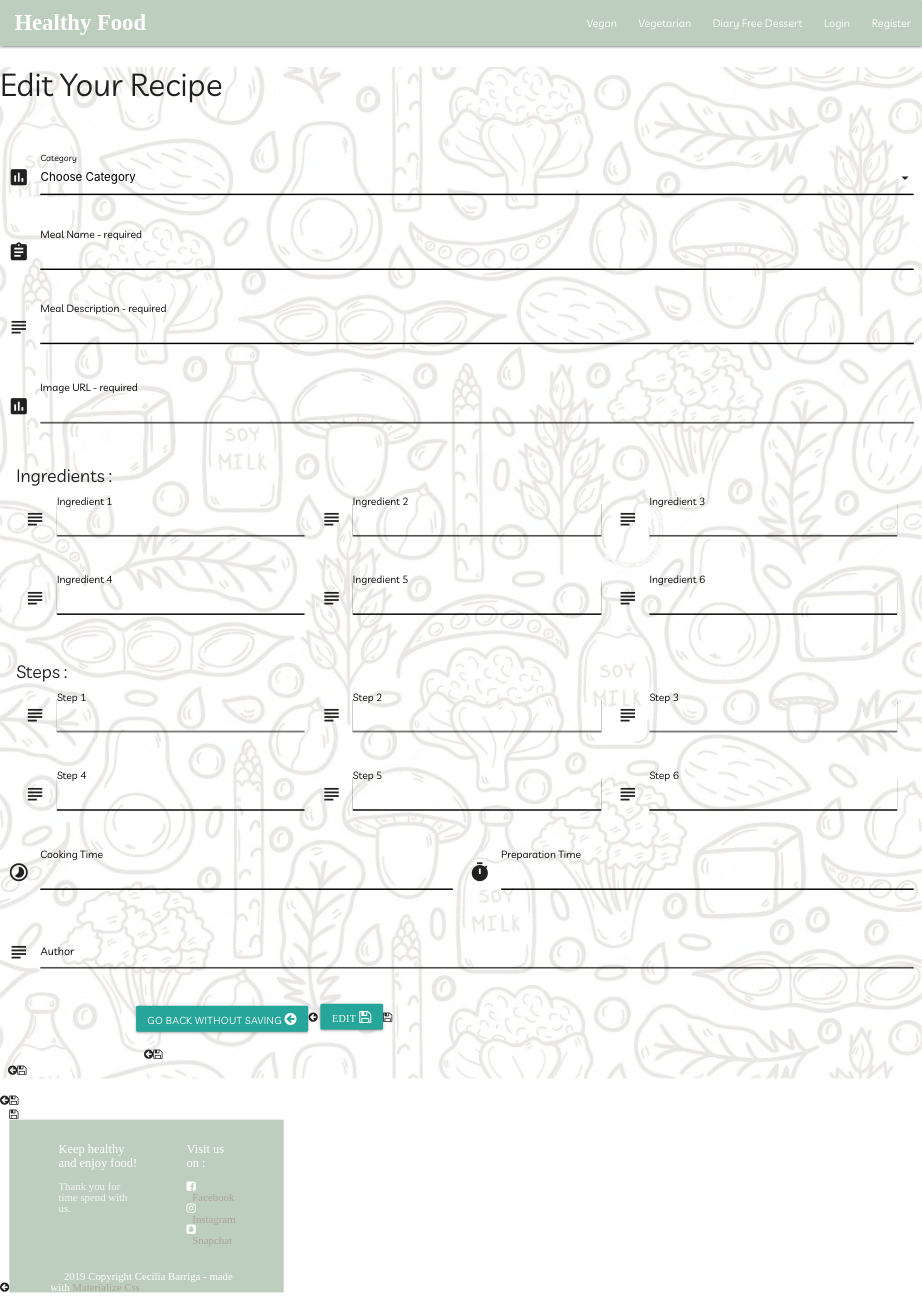
Repository: cesole/cookbook
Page: templates/edit_recipe.html
The author's editor kept a record of every edit. The page is drawn from the files as they stood at one moment, then again after the next edit.
The browser window is 1280 px wide. The pictures show the whole page, at 72% of full size.
Some web fonts or font styles are not loaded; a fallback is used. The page is served by the project's application, run on Flask 3 (app.py). The template is opened directly, without the code that normally fills it, so the values that code supplies are empty.

Above is the page before.

After the next edit:
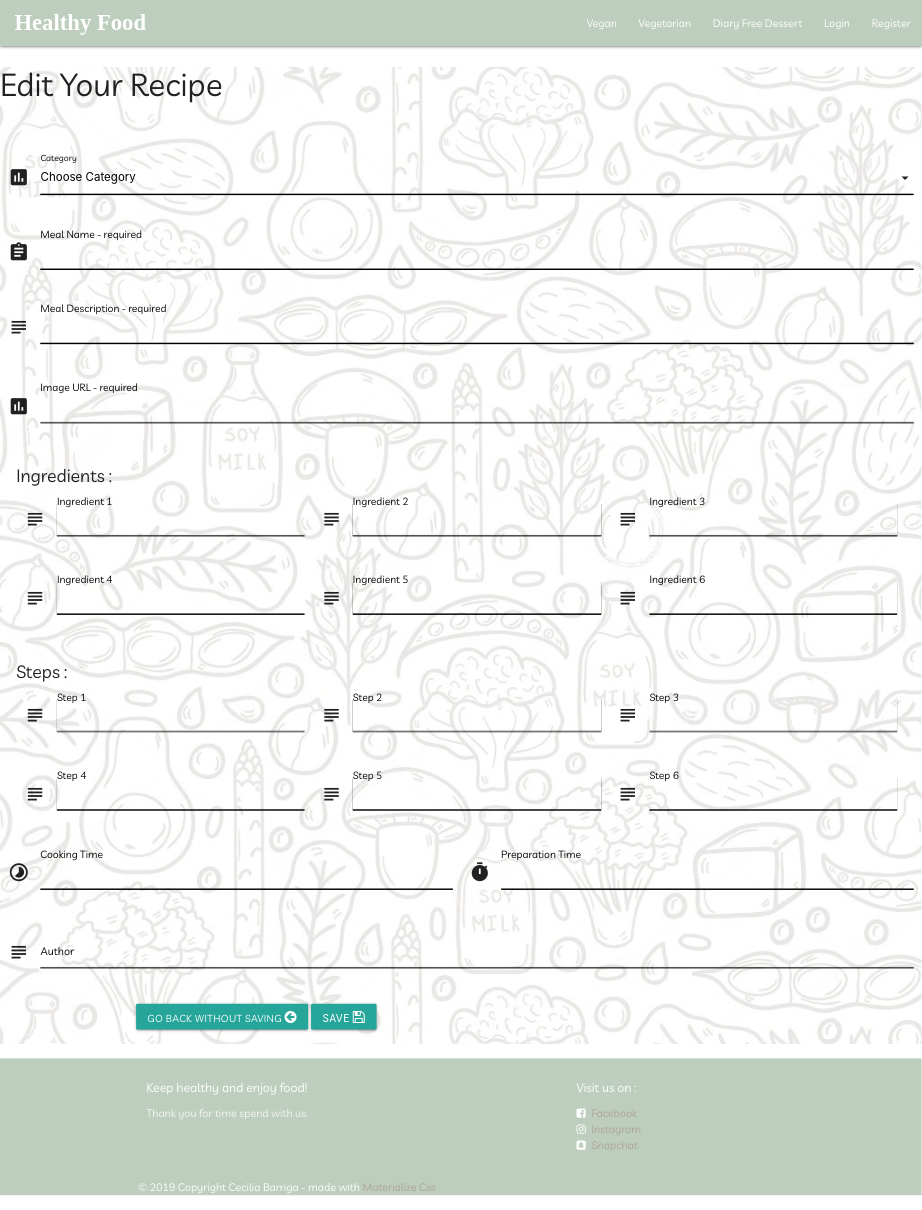
The edit:
--- a/templates/edit_recipe.html
+++ b/templates/edit_recipe.html
@@ -129,13 +129,14 @@
             </div>
         </div>
 
-<div class="container">
-    <div class="row">
-        <a class="btn waves-effect waves-light" name="action" href="/get_my_recipes">Go Back without Saving <i class="fa fa-arrow-circle-left"></a>
-        <a class="btn waves-effect waves-light" name="submit" href="{{url_for('update_recipe', meal_id=meal._id)}}">Edit <i class="fa fa-save"></a>
+        <div class="container">
+            <div class="row">
+                <a class="btn waves-effect waves-light" name="action" href="/get_my_recipes">Go Back without Saving <i class="fa fa-arrow-circle-left"></i></a>
+                <button class="btn waves-effect waves-light" name="submit" type="submit">Save <i class="fa fa-save"></i></button>
 
-    </div>
+            </div>
 
+        </div>
+    </form>
 </div>
-
 {% endblock %}
